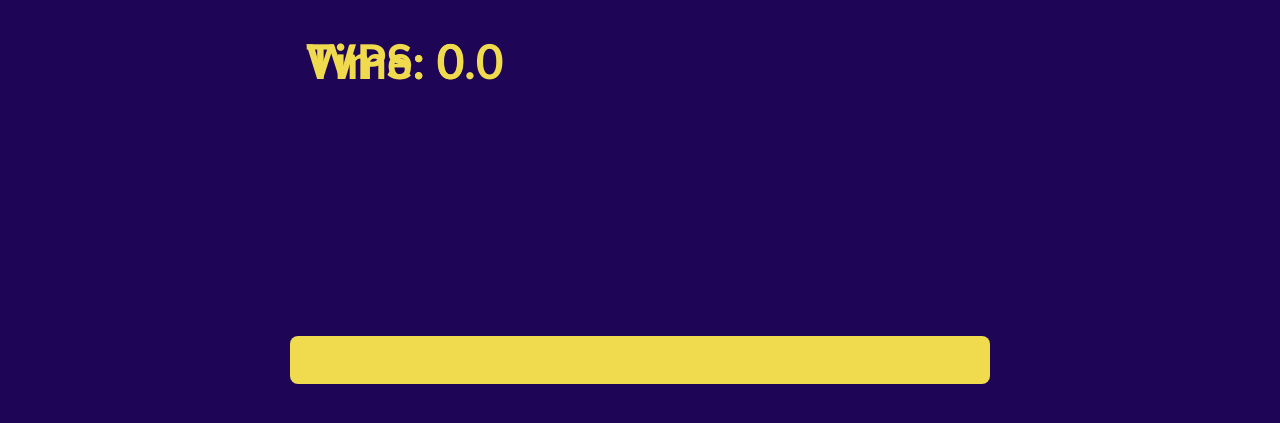
Repository: KhangNguyenIU/Vanilajs-TypingSpeed
Page: index.html
These files come from the project's save history. The page is drawn as it stood at one moment and after the next save; the edit follows.
The browser window is 1280 px wide. The pictures show the whole page.
The page's requests for data from a server got no answer.

Above is the page before, as saved 2021-10-15 10:30:56.

After the next save:
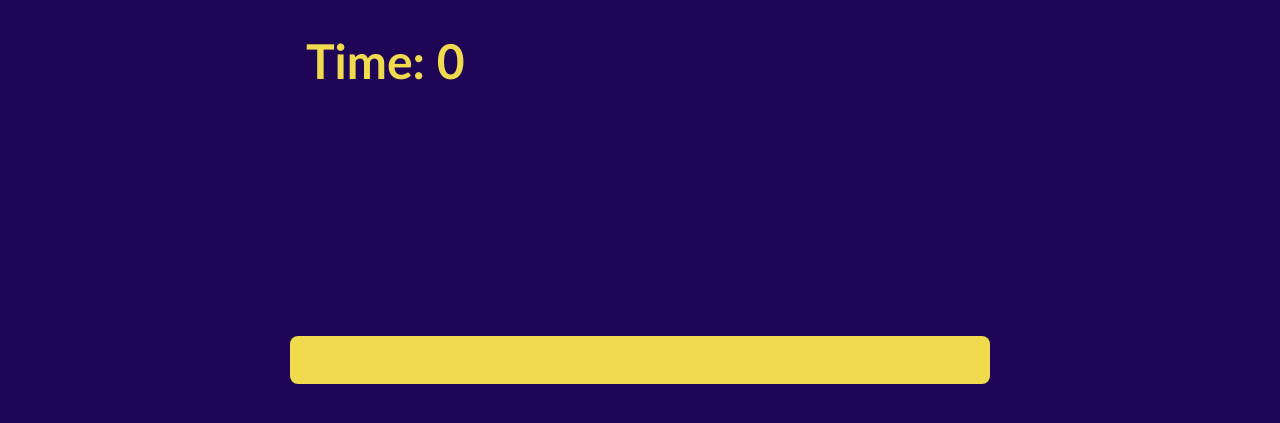
Saved 9 s later.
--- a/style.css
+++ b/style.css
@@ -34,6 +34,7 @@
   .word-speed {
     position: absolute;
     top: 2rem;
+    right:100%;
     font-size: 3rem;
     color: #F0DB4F;
     font-weight: bold;
